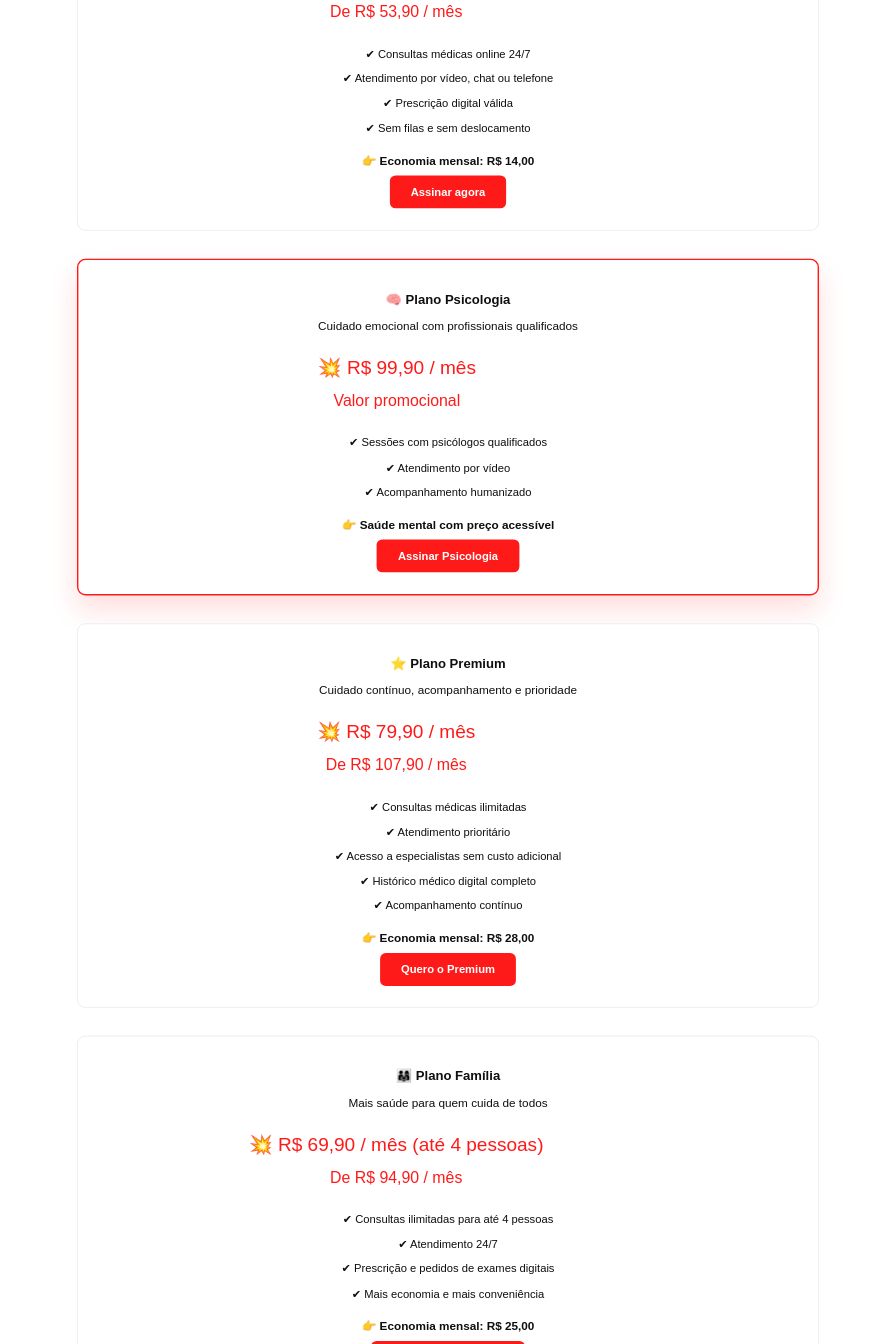
Repository: RenSkywalker/poli-doctor-landing
Page: index.html
An editor plug-in stored every save of this project. The page is shown before and after the next save, followed by the edit.
The browser window is 1280 px wide. The pictures show the part of the page from y = 3472 to 5392 px (the page is 7332 px tall before and 7342 px after), at 70% of full size.

Above is the page before, as saved 2026-01-08 17:26:23.

### index.html
<!DOCTYPE html>
<html lang="pt-BR">
<head>
  <meta charset="UTF-8">
  <title>Poli Doctor | Consulta médica de verdade</title>
  <meta name="viewport" content="width=device-width, initial-scale=1.0">
  <meta name="description" content="Consulta médica de verdade. Sem filas. Sem burocracia. Atendimento humano, rápido e seguro.">

  <link rel="icon" href="favicon.ico">
  <link rel="stylesheet" href="css/style.css">
</head>

<body>

<!-- HERO -->
<header class="hero">
  <div class="container">

    <img src="assets/images/logo-principal.png" alt="Poli Doctor" class="logo-topo">

    <h1>Consulta médica de verdade.<br>Sem filas. Sem burocracia.</h1>

    <p>
      Fale com um médico qualificado em minutos, onde você estiver.<br>
      Atendimento online por vídeo, chat ou telefone — com prescrição digital,
      pedidos de exames e total segurança dos seus dados.
    </p>

    <p><strong>👉 Comece agora e cuide da sua saúde com quem realmente cuida.</strong></p>

    <div class="hero-buttons">
      <a href="#planos" class="btn primary">Comece agora</a>
      <a href="#como-funciona" class="btn outline">Como funciona</a>
    </div>

  </div>
</header>

<!-- POR QUE EXISTE -->
<section>
  <div class="container">
    <h2>🚀 Por que a Poli Doctor existe?</h2>

    <p>Porque saúde não pode esperar.</p>
    <p>Porque filas não curam.</p>
    <p>Porque deslocamento não deveria ser um obstáculo.</p>

    <p>
      A Poli Doctor nasceu para simplificar o acesso à saúde, conectando pessoas
      a médicos reais, com rapidez, ética e humanização — usando tecnologia para
      aproximar, não para complicar.
    </p>
  </div>
</section>

<!-- ATENDIMENTO RÁPIDO -->
<section class="beneficios">
  <div class="container">
    <h2>⏱️ Atendimento rápido quando você precisa</h2>

    <ul>
      <li>✔ Consulta médica em até 15 minutos*</li>
      <li>✔ Atendimento 24 horas por dia, 7 dias por semana</li>
      <li>✔ Sem filas, sem espera, sem deslocamento</li>
      <li>✔ Atendimento de onde você estiver</li>
    </ul>

    <small>*Em horário comercial. Fora dele, agendamento no mesmo dia.</small>
  </div>
</section>

<!-- MÉDICOS -->
<section>
  <div class="container">
    <h2>👨‍⚕️ Médicos qualificados. Atendimento humano.</h2>

    <p>
      Aqui você não fala com robôs nem com centrais genéricas.<br>
      Você fala com médicos habilitados, preparados para ouvir,
      orientar, prescrever e acompanhar.
    </p>

    <ul>
      <li>✔ Médicos e especialistas qualificados</li>
      <li>✔ Atendimento ético e responsável</li>
      <li>✔ Prescrição digital válida em todo o Brasil</li>
      <li>✔ Solicitação de exames quando necessário</li>
    </ul>
  </div>
</section>

<!-- COMO FUNCIONA -->
<section id="como-funciona">
  <div class="container">
    <h2>📱 Como funciona?</h2>

    <p><strong>1️⃣ Escolha o atendimento</strong><br>
      Vídeo, chat ou telefone — do jeito mais confortável para você.
    </p>

    <p><strong>2️⃣ Fale com um médico</strong><br>
      Atendimento direto, humano e sem burocracia.
    </p>

    <p><strong>3️⃣ Receba tudo digitalmente</strong><br>
      Receitas, exames e orientações ficam no seu histórico médico online.
    </p>

    <p><strong>Simples. Seguro. E eficiente.</strong></p>
  </div>
</section>

<!-- SEGURANÇA -->
<section class="seguranca">
  <div class="container">
    <h2>🔒 Segurança, privacidade e confiança</h2>

    <p>Sua saúde é coisa séria — e seus dados também.</p>

    <ul>
      <li>✔ Plataforma em conformidade com a LGPD</li>
      <li>✔ Sigilo médico garantido</li>
      <li>✔ Prontuário digital protegido</li>
      <li>✔ Ambiente seguro e criptografado</li>
    </ul>

    <p>Transparência e confiança em cada etapa do atendimento.</p>
  </div>
</section>

<!-- PLANOS -->
<section id="planos" class="planos">
  <div class="container">
    <h2>💰 Planos Poli Doctor</h2>

    <p><strong>Saúde acessível hoje. Economia real todos os meses.</strong></p>

    <p>
      <strong>⚠️ Oferta especial por tempo limitado</strong><br>
      Os valores abaixo são promocionais.<br>
      Após o encerramento da campanha, os planos terão reajuste médio de 35%.
    </p>

    <!-- PLANO INDIVIDUAL -->
    <div class="plano">
      <h3>🩺 Plano Individual</h3>
      <p>Ideal para quem quer praticidade e segurança no dia a dia</p>

      <p class="preco">💥 R$ 39,90 / mês<br><small>De R$ 53,90 / mês</small></p>

      <ul>
        <li>✔ Consultas médicas online 24/7</li>
        <li>✔ Atendimento por vídeo, chat ou telefone</li>
        <li>✔ Prescrição digital válida</li>
        <li>✔ Sem filas e sem deslocamento</li>
      </ul>

      <p><strong>👉 Economia mensal: R$ 14,00</strong></p>

      <a href="#" class="btn primary">Assinar agora</a>
    </div>

    <!-- PLANO PSICOLOGIA -->
    <div class="plano destaque">
      <h3>🧠 Plano Psicologia</h3>
      <p>Cuidado emocional com profissionais qualificados</p>

      <p class="preco">💥 R$ 99,90 / mês<br><small>Valor promocional</small></p>

      <ul>
        <li>✔ Sessões com psicólogos qualificados</li>
        <li>✔ Atendimento por vídeo</li>
        <li>✔ Acompanhamento humanizado</li>
      </ul>

      <p><strong>👉 Saúde mental com preço acessível</strong></p>

      <a href="#" class="btn primary">Assinar Psicologia</a>
    </div>

    <!-- PLANO PREMIUM -->
    <div class="plano">
      <h3>⭐ Plano Premium</h3>
      <p>Cuidado contínuo, acompanhamento e prioridade</p>

      <p class="preco">💥 R$ 79,90 / mês<br><small>De R$ 107,90 / mês</small></p>

      <ul>
        <li>✔ Consultas médicas ilimitadas</li>
        <li>✔ Atendimento prioritário</li>
        <li>✔ Acesso a especialistas sem custo adicional</li>
        <li>✔ Histórico médico digital completo</li>
        <li>✔ Acompanhamento contínuo</li>
      </ul>

      <p><strong>👉 Economia mensal: R$ 28,00</strong></p>

      <a href="#" class="btn primary">Quero o Premium</a>
    </div>

    <!-- PLANO FAMÍLIA -->
    <div class="plano">
      <h3>👨‍👩‍👧 Plano Família</h3>
      <p>Mais saúde para quem cuida de todos</p>

      <p class="preco">💥 R$ 69,90 / mês (até 4 pessoas)<br><small>De R$ 94,90 / mês</small></p>

      <ul>
        <li>✔ Consultas ilimitadas para até 4 pessoas</li>
        <li>✔ Atendimento 24/7</li>
        <li>✔ Prescrição e pedidos de exames digitais</li>
        <li>✔ Mais economia e mais conveniência</li>
      </ul>

      <p><strong>👉 Economia mensal: R$ 25,00</strong></p>

      <a href="#" class="btn primary">Assinar plano família</a>
    </div>

    <!-- PLANO FAMÍLIA PREMIUM -->
    <div class="plano">
      <h3>👑 Plano Família Premium</h3>
      <p>O cuidado completo para toda a família</p>

      <p class="preco">💥 R$ 119,90 / mês (até 4 pessoas)<br><small>De R$ 161,90 / mês</small></p>

      <ul>
        <li>✔ Tudo do Plano Família</li>
        <li>✔ Atendimento prioritário</li>
        <li>✔ Especialistas incluídos</li>
        <li>✔ Histórico médico individual por membro</li>
        <li>✔ Cuidado integral e contínuo</li>
      </ul>

      <p><strong>👉 Economia mensal: R$ 42,00</strong></p>

      <a href="#" class="btn primary">Quero o plano completo</a>
    </div>

    <!-- TABELA COMPARATIVA -->
    <h3>📊 Comparação clara de valor</h3>

    <table border="1" cellpadding="10" cellspacing="0" width="100%">
      <tr>
        <th>Plano</th>
        <th>Valor Promocional</th>
        <th>Valor Fora da Oferta</th>
        <th>Economia</th>
      </tr>
      <tr>
        <td>Individual</td>
        <td>R$ 39,90</td>
        <td>R$ 53,90</td>
        <td>R$ 14,00</td>
      </tr>
      <tr>
        <td>Psicologia</td>
        <td>R$ 99,90</td>
        <td>—</td>
        <td>—</td>
      </tr>
      <tr>
        <td>Premium</td>
        <td>R$ 79,90</td>
        <td>R$ 107,90</td>
        <td>R$ 28,00</td>
      </tr>
      <tr>
        <td>Família</td>
        <td>R$ 69,90</td>
        <td>R$ 94,90</td>
        <td>R$ 25,00</td>
      </tr>
      <tr>
        <td>Família Premium</td>
        <td>R$ 119,90</td>
        <td>R$ 161,90</td>
        <td>R$ 42,00</td>
      </tr>
    </table>

    <p><strong>🔥 Atenção: condição por tempo limitado</strong><br>
      Ao encerrar esta campanha, os planos retornam ao valor regular com aumento médio de 35%.
    </p>

    <p><strong>👉 Garanta agora seu plano Poli Doctor e trave o valor promocional.</strong></p>

  </div>
</section>

<!-- CTA FINAL -->
<section class="cta-final">
  <div class="container">
    <h2>📣 Sua saúde não pode esperar.<br>Seu desconto também não.</h2>

    <a href="#planos" class="btn primary large">Assinar agora com desconto</a>

    <p>
      👉 Falar com um médico em minutos<br>
      👉 Travar o valor promocional hoje
    </p>
  </div>
</section>

<!-- FOOTER -->
<footer>
  <img src="assets/images/logo-principal.png" alt="Poli Doctor" class="logo-footer">

  <p>© 2026 Poli Doctor. Todos os direitos reservados.</p>

  <a href="politica-de-privacidade.html">Política de Privacidade</a> |
  <a href="termos-de-uso.html">Termos de Uso</a>

  <small>Este serviço não substitui atendimento presencial em casos de emergência.</small>
</footer>

<script src="js/main.js"></script>
</body>
</html>

### css/style.css
:root {
  --vermelho: #ff1a1a;
  --preto: #0f0f0f;
  --cinza-escuro: #1c1c1c;
  --cinza-claro: #fafafa;
  --branco: #ffffff;
}

/* RESET */
* {
  margin: 0;
  padding: 0;
  box-sizing: border-box;
  font-family: Arial, Helvetica, sans-serif;
}

body {
  background: var(--branco);
  color: var(--preto);
  line-height: 1.7;
  position: relative;
}

/* MARCA D'ÁGUA */
body::before {
  content: "";
  position: fixed;
  inset: 0;
  background: url("../assets/images/marca-dagua.png") no-repeat center;
  background-size: 600px;
  opacity: 0.03;
  pointer-events: none;
}

/* CONTAINER */
.container {
  max-width: 1100px;
  margin: auto;
  padding: 70px 20px;
}

/* ================= HERO ================= */
.hero {
  background: var(--preto);
  color: var(--branco);
  text-align: center;
  position: relative;
}

.logo-topo {
  max-width: 240px;
  margin-bottom: 35px;
}

.hero h1 {
  font-size: 2.7rem;
  margin-bottom: 20px;
}

.hero p {
  max-width: 820px;
  margin: 0 auto 20px;
  font-size: 1.1rem;
}

/* BOTÕES */
.hero-buttons {
  display: flex;
  justify-content: center;
  gap: 18px;
  margin-top: 35px;
}

.btn {
  padding: 15px 30px;
  border-radius: 8px;
  font-weight: bold;
  text-decoration: none;
  transition: 0.3s;
  margin-top: 20px;
}

.primary {
  background: var(--vermelho);
  color: var(--branco);
}

.primary:hover {
  transform: translateY(-2px);
  opacity: 0.9;
}

.outline {
  border: 2px solid var(--branco);
  color: var(--branco);
}

/* ================= SEÇÕES GERAIS ================= */
section p {
  max-width: 850px;
  margin: 0 auto 16px;
  font-size: 1.05rem;
}

.text-destaque {
  font-size: 1.15rem;
  font-weight: bold;
  margin: 30px 0;
  text-align: center;
}

/* TÍTULOS */
h2 {
  text-align: center;
  margin-bottom: 25px;
  font-size: 2.1rem;
}

h3 {
  margin-bottom: 10px;
}

/* ================= BENEFÍCIOS ================= */
.beneficios {
  background: #ffffff;
  border-top: 1px solid #ffffff;
  border-bottom: 1px solid #ffffff;
}

.beneficios ul {
  list-style: none;
  text-align: center;
}

.beneficios li {
  margin-bottom: 10px;
  font-weight: 500;
}

/* ================= LISTAS ================= */
ul {
  margin: 25px 0;
  padding: 0;
}

li {
  margin-bottom: 8px;
}

/* ================= COMO FUNCIONA ================= */
.steps {
  display: flex;
  justify-content: space-around;
  gap: 30px;
}

.step {
  text-align: center;
}

.step span {
  background: var(--vermelho);
  color: var(--branco);
  width: 45px;
  height: 45px;
  display: inline-flex;
  align-items: center;
  justify-content: center;
  border-radius: 50%;
  margin-bottom: 10px;
  font-weight: bold;
}

/* ================= SEGURANÇA ================= */
.seguranca ul {
  list-style: none;
  text-align: center;
}

.seguranca li {
  margin-bottom: 10px;
}

/* ================= PLANOS ================= */
.plano {
  border: 1px solid #e5e5e5;
  border-radius: 12px;
  padding: 40px 30px;
  text-align: center;
  background: var(--branco);
  margin: 40px 0;
  transition: 0.3s;
}

.plano:hover {
  transform: translateY(-4px);
}

.plano.destaque {
  border: 2px solid var(--vermelho);
  box-shadow: 0 20px 40px rgba(255, 26, 26, 0.15);
}

.preco {
  font-size: 1.7rem;
  color: var(--vermelho);
  margin: 20px 0;
}

.plano ul {
  list-style: none;
  margin-bottom: 20px;
}

.plano .btn {
  width: 100%;
  margin-top: 25px;
}

/* ================= TABELA ================= */
table {
  width: 100%;
  border-collapse: collapse;
  margin-top: 35px;
  font-size: 0.95rem;
}

table th {
  background: var(--preto);
  color: var(--branco);
  padding: 14px;
}

table td {
  padding: 14px;
  text-align: center;
  border-bottom: 1px solid #eee;
}

table tr:nth-child(even) {
  background: #fafafa;
}

table tr:hover {
  background: #f1f1f1;
}

/* ================= CTA FINAL ================= */
.cta-final {
  background: var(--preto);
  color: var(--branco);
  text-align: center;
}

.large {
  font-size: 1.2rem;
}

/* ================= FOOTER ================= */
footer {
  background: var(--cinza-escuro);
  color: var(--branco);
  text-align: center;
  padding: 50px 20px;
}

.logo-footer {
  max-width: 160px;
  margin-bottom: 15px;
}

footer a {
  color: var(--branco);
  margin: 0 5px;
  text-decoration: none;
}

footer small {
  display: block;
  margin-top: 12px;
  font-size: 0.85rem;
}

/* ================= MOBILE ================= */
@media (max-width: 768px) {
  .steps {
    flex-direction: column;
  }

  .hero h1 {
    font-size: 2rem;
  }

  .hero-buttons {
    flex-direction: column;
  }
}

### js/main.js
// JS simples apenas para evolução futura
console.log("Poli Doctor carregado com sucesso!");

After the next save:
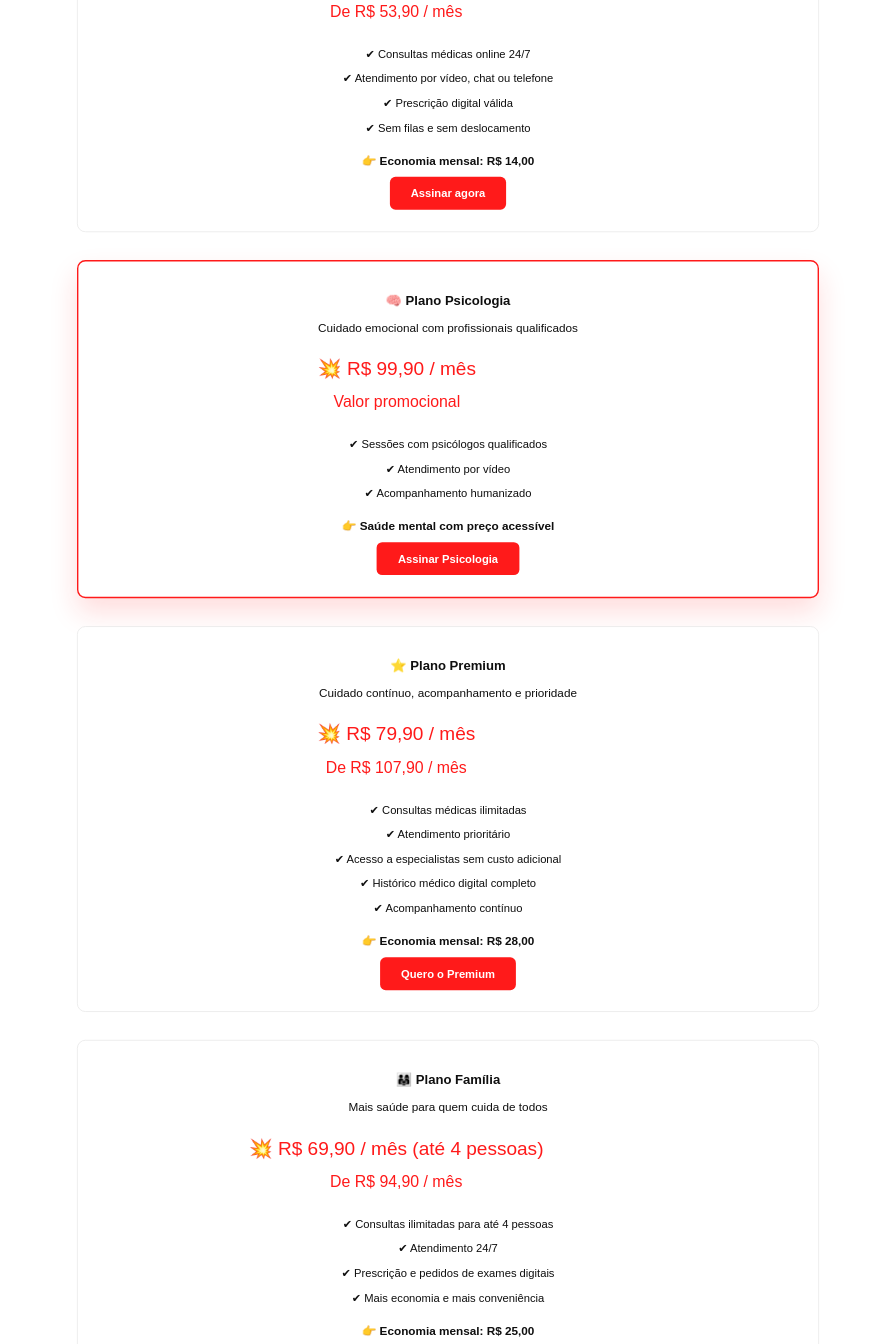
Saved 24 h 11 min later.
--- a/css/style.css
+++ b/css/style.css
@@ -214,8 +214,12 @@
 
 .plano .btn {
   width: 100%;
-  margin-top: 25px;
-}
+  margin-top: 30px;
+}
+.plano p {
+  margin-bottom: 18px;
+}
+
 
 /* ================= TABELA ================= */
 table {
